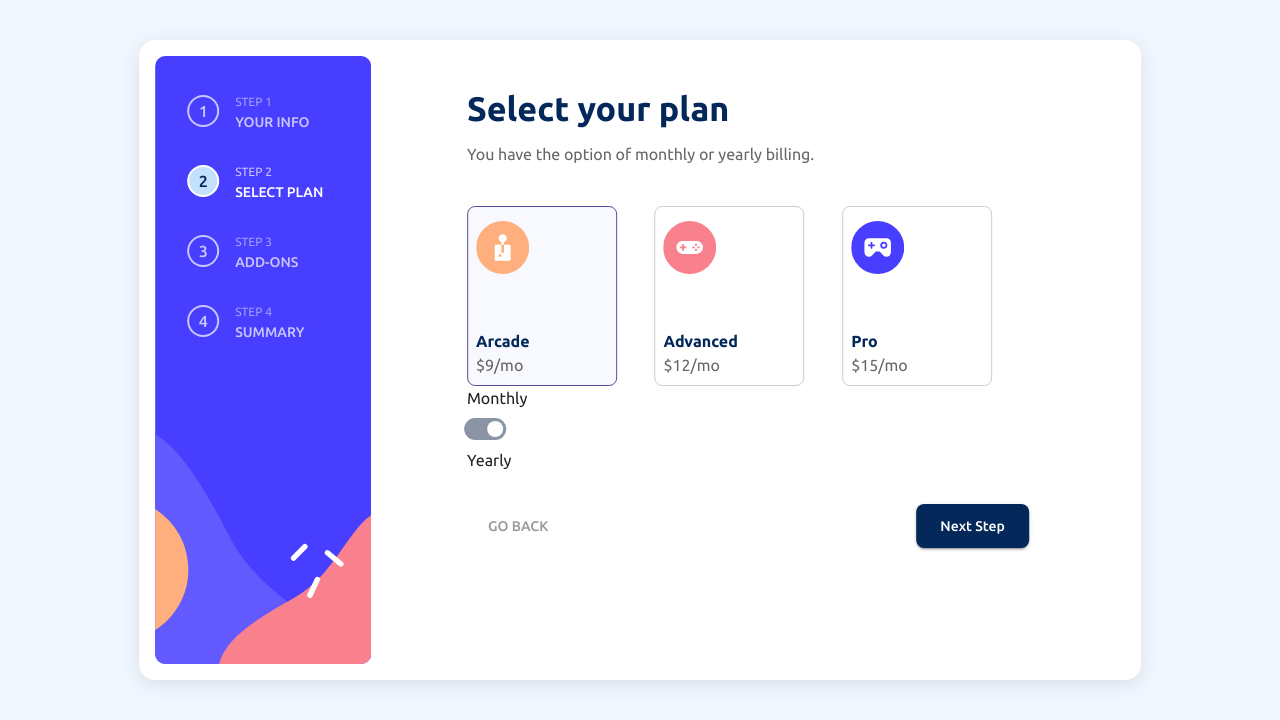
Repository: ozerrrs/chalange7days
Page: / (app in 7dayschalange/7dayschallange/), after clicking the first element matching `button.MuiButtonBase-root`
The author's editor kept a copy of each file at every save. The page is drawn from the files as they stood at one save, then again after the next save.
The browser window is 1280 px wide. The pictures show the whole page.
The project was rebuilt for these pictures with package versions that can differ from the ones it lists, and the page was loaded fresh each time. Also part of the build but not shown: 7dayschalange/7dayschallange/vite.config.js.

Above is the page before, as saved 2025-03-05 17:02:29.

### 7dayschalange/7dayschallange/src/main.jsx
import * as React from "react";
import * as ReactDOM from "react-dom/client";
import { ThemeProvider } from "@mui/material/styles";
import { CssBaseline } from "@mui/material";
import theme from "./theme/theme";
import App from "./App";
import "./index.css";
ReactDOM.createRoot(document.getElementById("root")).render(
  <React.StrictMode>
    <ThemeProvider theme={theme}>
      <CssBaseline />
      <App />
    </ThemeProvider>
  </React.StrictMode>
);

### 7dayschalange/7dayschallange/src/theme/theme.jsx
import { createTheme } from "@mui/material/styles";

const theme = createTheme({
  typography: {
    fontFamily: "'Ubuntu', sans-serif",
    h4: {
      fontWeight: 700,
    },
    h2: {
      fontWeight: 500,
    },
  },
  components: {
    MuiCssBaseline: {
      styleOverrides: `
        body {
          background-color: #f0f7ff;
        }
      `,
    },
  },
});

export default theme;

### 7dayschalange/7dayschallange/src/App.jsx
import { Routes, Route, BrowserRouter } from "react-router-dom";
import FirstPage from "./pages/firstPage";
import "@fontsource/ubuntu/400.css"; // Regular
import "@fontsource/ubuntu/500.css"; // Medium
import "@fontsource/ubuntu/700.css"; // Bold
function App() {
  return (
    <BrowserRouter>
      <Routes>
        <Route path="/" element={<FirstPage />} />
        {/* <Route path="/about" element={<About />} />
          <Route path="/login" element={<Login />} />
          <Route path="/register" element={<Register />} /> */}
      </Routes>
    </BrowserRouter>
  );
}
export default App;

### 7dayschalange/7dayschallange/src/index.css
#root {
  height: 100vh;
  width: 100vw;
  background-color: #f0f7ff;
}

### 7dayschalange/7dayschallange/src/pages/firstPage.jsx
import React, { useState } from "react";
import {
  Box,
  TextField,
  Typography,
  Button,
  Stepper,
  Step,
  StepLabel,
  Paper,
  Container,
  Grid,
  CssBaseline,
  Radio,
  RadioGroup,
  FormControlLabel,
  FormControl,
  FormGroup,
  Switch,
} from "@mui/material";
import { styled, ThemeProvider } from "@mui/material/styles";
// Import the background image for the sidebar
import backgroundNav from "../assets/bg-sidebar-desktop.svg";
import arcadeIcon from "../assets/icon-arcade.svg";
import advancedIcon from "../assets/icon-advanced.svg";
import proIcon from "../assets/icon-pro.svg";

// Adjust the path as needed

const FormContainer = styled(Paper)(({ theme }) => ({
  padding: theme.spacing(2),
  borderRadius: 16,
  boxShadow: "0px 4px 20px rgba(0, 0, 0, 0.1)",
  display: "flex",
  overflow: "hidden",
  minWidth: 1000,
  minHeight: 640,
  margin: "0 auto",
  position: "absolute",
  top: "50%",
  left: "50%",
  transform: "translate(-50%, -50%)",
}));

const SideBar = styled(Box)(({ theme }) => ({
  padding: theme.spacing(4),
  borderRadius: "10px 10px 10px 10px",
  color: "white",
  width: 274,
  position: "relative",
  overflow: "hidden",
  background: "none",
  minHeight: 568,
}));

const ContentArea = styled(Box)(({ theme }) => ({
  paddingLeft: theme.spacing(12),
  paddingRight: theme.spacing(12),
  paddingTop: theme.spacing(4),
  paddingBottom: theme.spacing(4),
  width: "100%",
}));

const NextButton = styled(Button)(({ theme }) => ({
  backgroundColor: "#04285a",
  color: "white",
  borderRadius: 8,
  padding: "10px 24px",
  textTransform: "none", // This prevents uppercase text

  "&:hover": {
    backgroundColor: "#172b4d",
  },
}));

const StyledTextField = styled(TextField)(({ theme }) => ({
  marginBottom: theme.spacing(2),
  "& .MuiOutlinedInput-root": {
    borderRadius: "10px",
    "& fieldset": {
      borderRadius: "10px",
    },
  },
}));

const StepNumber = styled(Box)(({ theme, active }) => ({
  width: 32,
  height: 32,
  borderRadius: "50%",
  border: "2px solid white",
  display: "flex",
  alignItems: "center",
  justifyContent: "center",
  marginRight: theme.spacing(2),
  backgroundColor: active ? "#c3e0ff" : "transparent", // Blue background when active
  color: active ? "#04285a" : "white",
  fontWeight: 500,
}));

const StepItem = styled(Box)(({ theme, active }) => ({
  display: "flex",
  alignItems: "center",
  marginBottom: theme.spacing(3),
  opacity: active ? 1 : 0.7,
}));

const PlanCard = styled(Box)(({ theme, selected }) => ({
  padding: theme.spacing(1),
  borderRadius: 8,
  flex: 1,
  border: selected ? "1px solid #544e98" : "1px solid #ccc",
  backgroundColor: selected ? "#f8f9ff" : "transparent",
  cursor: "pointer",
  width: "150px",
  height: "180px",
  transition: "all 0.2s ease-in-out",
  display: "flex",
  flexDirection: "column",
  alignItems: "flex-start",
  justifyContent: "space-between",

  "&:hover": {
    borderColor: "#04285a",
  },
}));
const MonthlyYerlyCard = styled(Box)(({ theme, selected }) => ({
  padding: theme.spacing(1),
  borderRadius: 4,
  flex: 1,
  // border: selected ? "1px solid #544e98" : "1px solid #ccc",
  // backgroundColor: selected ? "#f8f9ff" : "transparent",
  backgroundColor: "#f8f9ff",
  cursor: "pointer",
  width: "300px",
  height: "100px",
  display: "flex",
  flexDirection: "column",
  alignItems: "flex-start",
  justifyContent: "space-between",
}));
const CustomStyledSwitch = styled(Switch)(({ theme }) => ({
  padding: 8,
  "& .MuiSwitch-track": {
    borderRadius: 22 / 2,
    backgroundColor: "#172b4d !important", // Force gray background for all states
    opacity: 1,
  },
  "& .MuiSwitch-thumb": {
    backgroundColor: "white",
    boxShadow: "none",
    width: 16,
    height: 16,
    margin: 2,
  },
  "& .Mui-checked + .MuiSwitch-track": {
    opacity: 1, // Keep opacity consistent
  },
}));

const steps = [
  { label: "YOUR INFO", description: "Personal details" },
  { label: "SELECT PLAN", description: "Choose your plan" },
  { label: "ADD-ONS", description: "Add extra features" },
  { label: "SUMMARY", description: "Review your order" },
];

function MultiStepForm() {
  const [activeStep, setActiveStep] = useState(0);
  const [formData, setFormData] = useState({
    name: "",
    email: "",
    phone: "",
    plan: "arcade", // Default plan
  });

  const handleInputChange = (e) => {
    const { name, value } = e.target;
    setFormData({
      ...formData,
      [name]: value,
    });
  };

  const handlePlanChange = (event) => {
    setFormData({
      ...formData,
      plan: event.target.value,
    });
  };

  const handleNext = () => {
    setActiveStep((prevActiveStep) => prevActiveStep + 1);
  };

  const handleBack = () => {
    setActiveStep((prevActiveStep) => prevActiveStep - 1);
  };

  const getStepContent = (step) => {
    switch (step) {
      case 0:
        return (
          <Box>
            <Typography
              variant="h4"
              gutterBottom
              fontWeight="bold"
              sx={{ color: "#04285a" }}
            >
              Personal info
            </Typography>
            <Typography color="textSecondary" paragraph>
              Please provide your name, email address, and phone number.
            </Typography>

            <Box mt={3}>
              <Typography fontWeight={500} mb={1} sx={{ color: "#04285a" }}>
                Name
              </Typography>
              <StyledTextField
                fullWidth
                placeholder="e.g. Stephen King"
                name="name"
                value={formData.name}
                onChange={handleInputChange}
                variant="outlined"
              />

              <Typography fontWeight={500} mb={1} sx={{ color: "#04285a" }}>
                Email Address
              </Typography>

              <StyledTextField
                fullWidth
                placeholder="e.g. stephenking@lorem.com"
                name="email"
                value={formData.email}
                onChange={handleInputChange}
                variant="outlined"
              />

              <Typography fontWeight={500} mb={1} sx={{ color: "#04285a" }}>
                Phone Number
              </Typography>

              <StyledTextField
                fullWidth
                placeholder="e.g. +1 234 567 890"
                name="phone"
                value={formData.phone}
                onChange={handleInputChange}
                variant="outlined"
                sx={{ mb: 8 }}
              />
            </Box>
          </Box>
        );
      case 1:
        return (
          <Box>
            <Typography
              variant="h4"
              gutterBottom
              fontWeight="bold"
              sx={{ color: "#04285a" }}
            >
              Select your plan
            </Typography>
            <Typography color="textSecondary" paragraph>
              You have the option of monthly or yearly billing.
            </Typography>

            <FormControl component="fieldset" sx={{ width: "100%", mt: 3 }}>
              <RadioGroup
                aria-label="plan"
                name="plan"
                value={formData.plan}
                onChange={handlePlanChange}
                sx={{ display: "flex", flexDirection: "row", gap: "1px" }}
              >
                <FormControlLabel
                  value="arcade"
                  control={<Radio sx={{ display: "none" }} />}
                  label={
                    <PlanCard selected={formData.plan === "arcade"}>
                      <img
                        src={arcadeIcon}
                        alt="background"
                        style={{
                          width: "40%",
                          height: "40%",
                          objectFit: "contain",
                        }}
                      />
                      <Box sx={{ width: "100%" }}>
                        <Typography fontWeight="bold" sx={{ color: "#04285a" }}>
                          Arcade
                        </Typography>
                        <Typography color="textSecondary">$9/mo</Typography>
                      </Box>
                    </PlanCard>
                  }
                  sx={{ margin: 0, flex: 1 }}
                />

                <FormControlLabel
                  value="advanced"
                  control={<Radio sx={{ display: "none" }} />}
                  label={
                    <PlanCard selected={formData.plan === "advanced"}>
                      <img
                        src={advancedIcon}
                        alt="background"
                        style={{
                          width: "40%",
                          height: "40%",
                          objectFit: "contain",
                        }}
                      />
                      <Box sx={{ width: "100%" }}>
                        <Typography fontWeight="bold" sx={{ color: "#04285a" }}>
                          Advanced
                        </Typography>
                        <Typography color="textSecondary">$12/mo</Typography>
                      </Box>
                    </PlanCard>
                  }
                  sx={{ margin: 0, flex: 1 }}
                />

                <FormControlLabel
                  value="pro"
                  control={<Radio sx={{ display: "none" }} />}
                  label={
                    <PlanCard selected={formData.plan === "pro"}>
                      <img
                        src={proIcon}
                        alt="background"
                        style={{
                          width: "40%",
                          height: "40%",
                          objectFit: "contain",
                        }}
                      />
                      <Box sx={{ width: "100%" }}>
                        <Typography fontWeight="bold" sx={{ color: "#04285a" }}>
                          Pro
                        </Typography>
                        <Typography color="textSecondary">$15/mo</Typography>
                      </Box>
                    </PlanCard>
                  }
                  sx={{ margin: 0, flex: 1 }}
                />
              </RadioGroup>
            </FormControl>
            <Box>
              <FormGroup>
                Monthly
                <FormControlLabel
                  control={<CustomStyledSwitch defaultChecked />}
                />
                Yearly
              </FormGroup>
            </Box>
          </Box>
        );
      case 2:
        return (
          <Box>
            <Typography
              variant="h4"
              gutterBottom
              fontWeight="bold"
              sx={{ color: "#04285a" }}
            >
              Pick add-ons
            </Typography>
            <Typography color="textSecondary" paragraph>
              Add-ons help enhance your gaming experience.
            </Typography>
          </Box>
        );
      case 3:
        return (
          <Box>
            <Typography
              variant="h4"
              gutterBottom
              fontWeight="bold"
              sx={{ color: "#04285a" }}
            >
              Summary
            </Typography>
            <Typography color="textSecondary" paragraph>
              Please confirm your selections.
            </Typography>
            <Box sx={{ mt: 2, p: 2, bgcolor: "#f8f9ff", borderRadius: 2 }}>
              <Typography fontWeight="bold" sx={{ color: "#04285a" }}>
                Selected Plan:{" "}
                {formData.plan.charAt(0).toUpperCase() + formData.plan.slice(1)}
              </Typography>
            </Box>
          </Box>
        );
      default:
        return "Unknown step";
    }
  };

  return (
    <FormContainer>
      <SideBar>
        <Box
          sx={{
            position: "absolute",
            top: 0,
            left: 0,
            width: "100%",
            height: "100%",
            zIndex: 0,
          }}
        >
          <img
            src={backgroundNav}
            alt="background"
            style={{ width: "100%", height: "100%", objectFit: "cover" }}
          />
        </Box>
        <Box sx={{ position: "relative", zIndex: 1 }}>
          {steps.map((step, index) => (
            <StepItem key={index} active={activeStep === index}>
              <StepNumber active={activeStep === index}>{index + 1}</StepNumber>

              <Box>
                <Typography variant="caption" sx={{ opacity: 0.7 }}>
                  STEP {index + 1}
                </Typography>
                <Typography variant="subtitle2">{step.label}</Typography>
              </Box>
            </StepItem>
          ))}
        </Box>
      </SideBar>

      <ContentArea>
        {getStepContent(activeStep)}

        <Box sx={{ display: "flex", justifyContent: "flex-end", mt: 4 }}>
          {activeStep !== 0 && (
            <Button onClick={handleBack} sx={{ mr: 45, color: "#99989d" }}>
              Go Back
            </Button>
          )}
          <NextButton variant="contained" onClick={handleNext}>
            Next Step
          </NextButton>
        </Box>
      </ContentArea>
    </FormContainer>
  );
}

export default MultiStepForm;

Loaded but not shown: 7dayschalange/7dayschallange/index.html (common file)

After the next save:
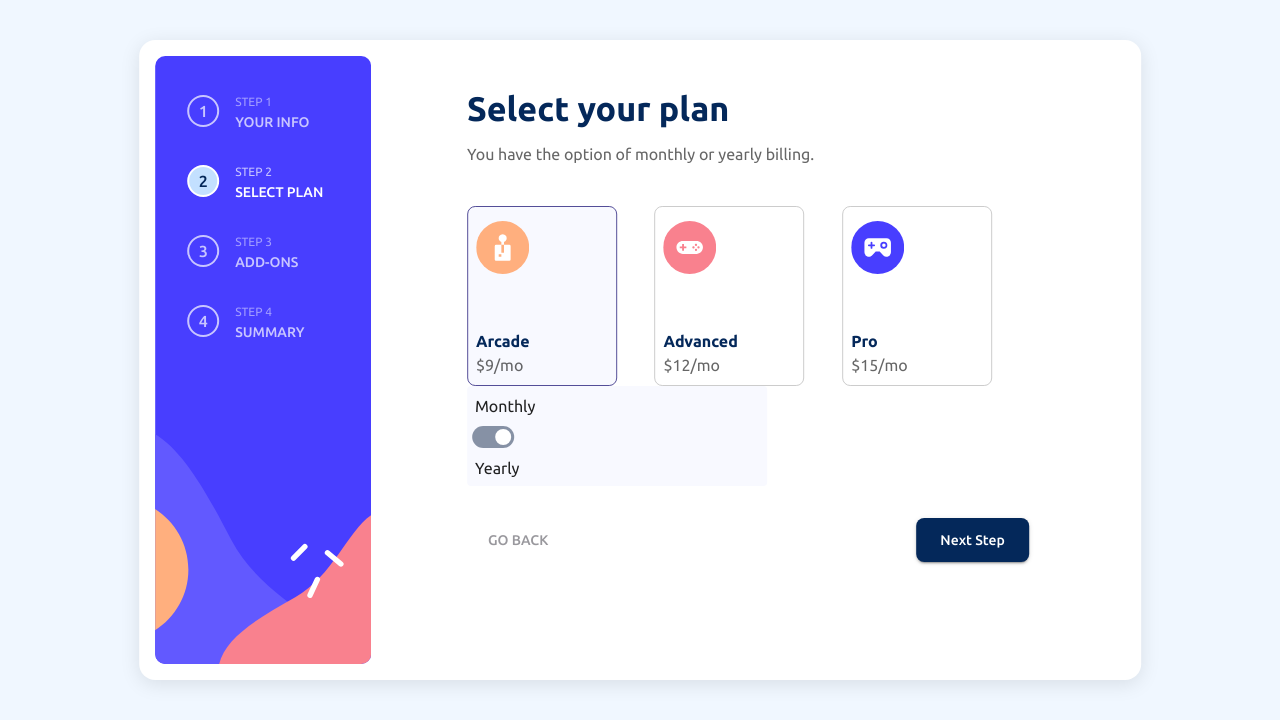
Saved 20 s later.
--- a/7dayschalange/7dayschallange/src/pages/firstPage.jsx
+++ b/7dayschalange/7dayschallange/src/pages/firstPage.jsx
@@ -355,13 +355,13 @@ function MultiStepForm() {
               </RadioGroup>
             </FormControl>
             <Box>
-              <FormGroup>
+              <MonthlyYerlyCard>
                 Monthly
                 <FormControlLabel
                   control={<CustomStyledSwitch defaultChecked />}
                 />
                 Yearly
-              </FormGroup>
+              </MonthlyYerlyCard>
             </Box>
           </Box>
         );
